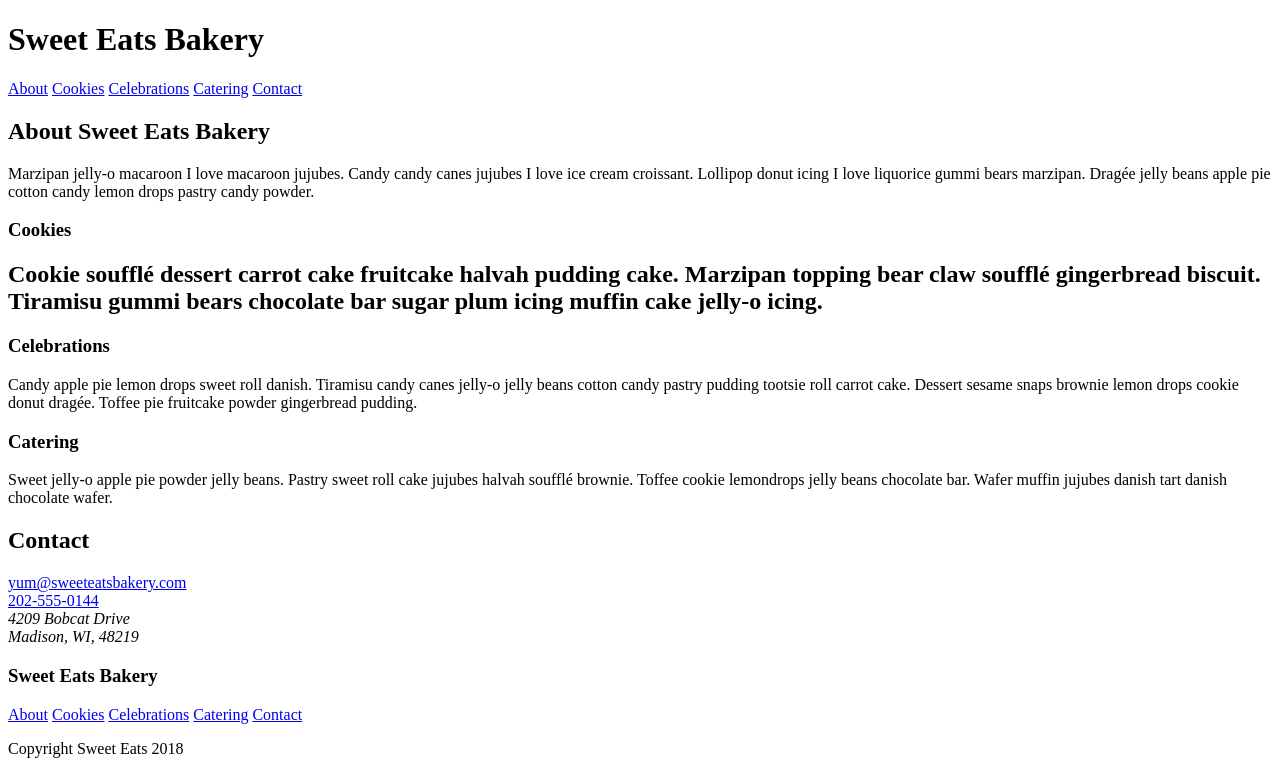
Repository: yoshimario/web-module-challenge-user-interface
Page: index.html
These files come from the project's save history. The page is drawn as it stood at one moment and after a run of saves; the edit follows.
The browser window is 1280 px wide. The pictures show the whole page.
Some web fonts or font styles are not loaded; a fallback is used.

Above is the page before, as saved 2023-05-15 13:29:54.

After the next 2 saves:
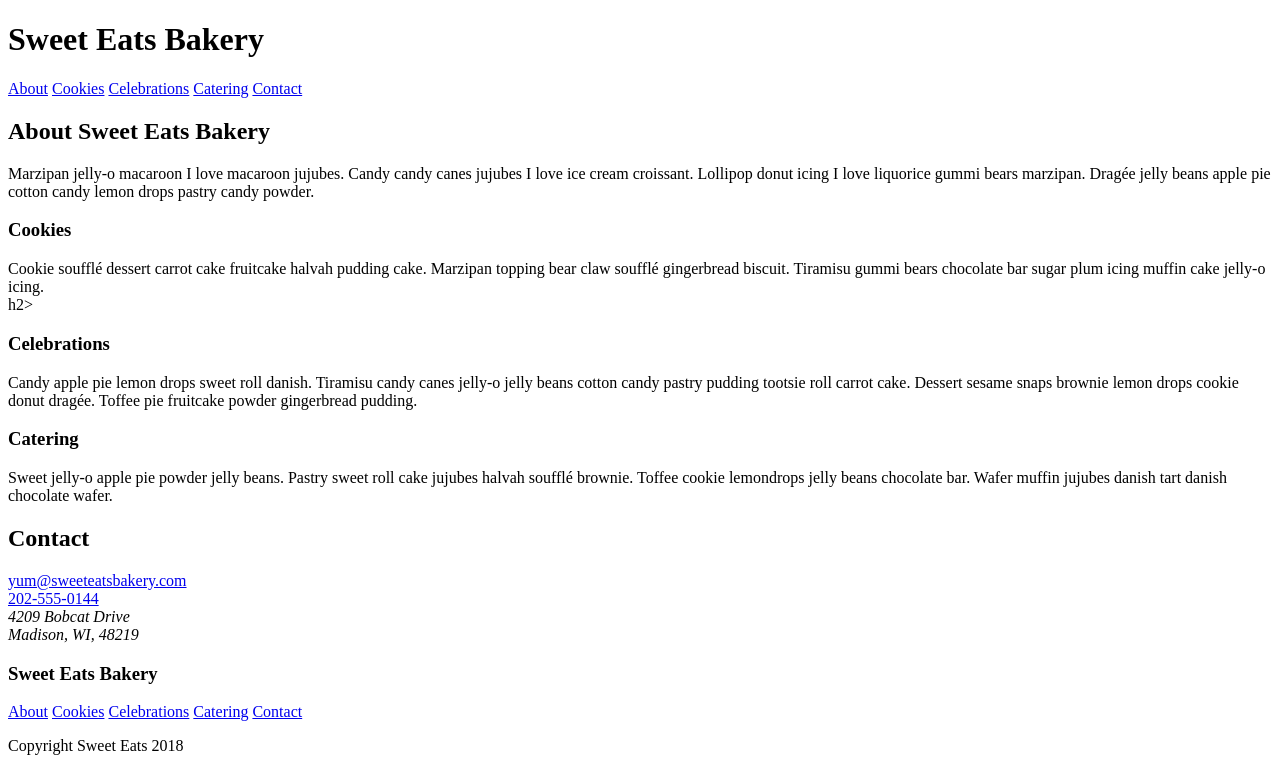
The 2 saves are shown as one change because they came seconds apart.
The last was saved 5 s later.
--- a/index.html
+++ b/index.html
@@ -40,8 +40,8 @@
     <section id="cookies">
         <h3>Cookies</h3>
 
-        <h2>Cookie soufflé dessert carrot cake fruitcake halvah pudding cake. Marzipan topping bear claw soufflé gingerbread
-        biscuit. Tiramisu gummi bears chocolate bar sugar plum icing muffin cake jelly-o icing.<h2>
+        <section>Cookie soufflé dessert carrot cake fruitcake halvah pudding cake. Marzipan topping bear claw soufflé gingerbread
+        biscuit. Tiramisu gummi bears chocolate bar sugar plum icing muffin cake jelly-o icing.</section>h2>
     </section>
     <!-- Image https://tk-assets.lambdaschool.com/297378d6-9c89-430f-9d2e-46ae3d5edce8_ui-i-bakery-cupcake-i.png -->
 
